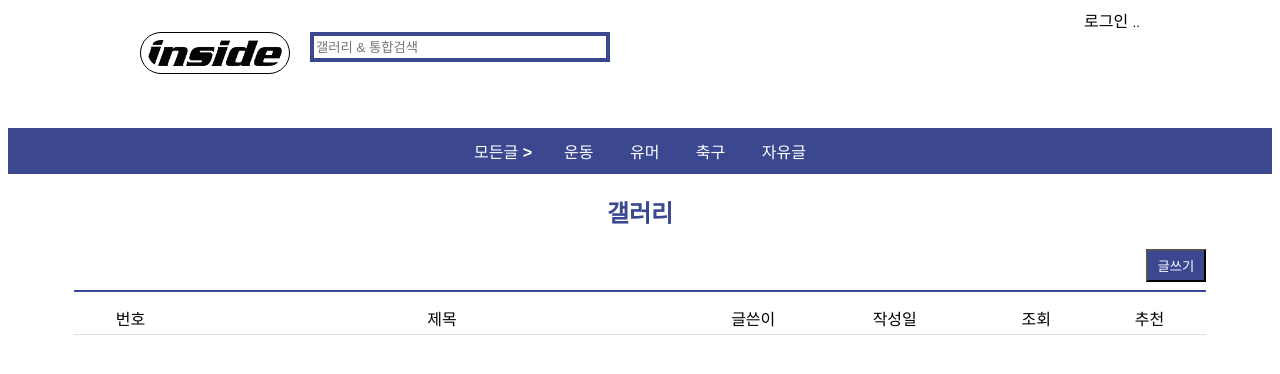
Repository: inhoo123/backup
Page: http://localhost/community-inside/WEB-INF/view/posts/category-list.jsp
The author's editor kept a copy of each file at every save. The page is drawn from the files as they stood at one save, then again after the next save.
The browser window is 1280 px wide. The pictures show the whole page.
Some web fonts or font styles are not loaded; a fallback is used. The page is served by Tomcat 10. Nobody is signed in. Other server files are loaded and not shown. The template is opened directly, without the code that normally fills it, so the values that code supplies are empty.

Above is the page before, as saved 2024-06-27 05:03:10.

### web-workspace/community-inside/src/main/webapp/WEB-INF/view/posts/category-list.jsp
<%@ page language="java" contentType="text/html; charset=UTF-8"
	pageEncoding="UTF-8"%>
<%@ page trimDirectiveWhitespaces="true"%>
<%@ taglib prefix="c" uri="http://java.sun.com/jsp/jstl/core"%>
<!DOCTYPE html>
<html>
<head>
<meta charset="UTF-8">
<title>${category}갤러리</title>
<link rel="stylesheet"
	href="${pageContext.servletContext.contextPath }/css/style.css?<%=System.currentTimeMillis() %>" />
</head>
<body>

	<%@ include file="/WEB-INF/view/common/header.jsp"%>
	<div class="container px-1"></div>
	<div class="container px-1">
		<div style="text-align: center;">
			<h2  style="color: #3b4890; font-weight: 700;">${category}갤러리</h2>
			<div style="margin-top: 10px; text-align: right;">

				<a href="${pageContext.servletContext.contextPath }/write">

					<button style="padding: 5px; background-color: #3b4890; color: white; cursor: pointer; width: 60px;">글쓰기</button>
				</a>

			</div>
			<table class="default-table">
				<thead>
					<tr class="border-bottom">
					<hr width = "100%" color = "#3b4890" size = "2">
						<th style="width: 10%">번호</th>
						<th>제목</th>
						<th style="width: 10%">글쓴이</th>
						<th style="width: 15%">작성일</th>
						<th style="width: 10%">조회</th>
						<th style="width: 10%">추천</th>

					</tr>
				</thead>
				<tbody>
					<div>
						<c:forEach items="${posts}" var="one">
							<tr style="border-bottom: 1px solid #ddd; height: 30px;">


								<td><a
									href="${pageContext.servletContext.contextPath }/posts/view?no=${one.no}"
									class="no-deco-link">${one.no } </a></td>
								<td><a
									href="${pageContext.servletContext.contextPath }/posts/view?no=${one.no}"
									class="no-deco-link">${one.title } </a></td>
								<td class="text-center">${one.writerId}</td>
								<td class="text-center">${one.writedAt}</td>
								<td class="text-center">${one.viewCount}</td>
								<td class="text-center">${one.likes}</td>

							</tr>
						</c:forEach>
					</div>
				</tbody>

			</table>
			<div style="text-align: center; margin-top: 30px">
				<c:forEach begin="1" end="${totalPages }" var="i">
					<c:choose>
						<c:when test="${i == currentPage }">
							<b style="color: red">${i }</b>
						</c:when>
						<c:otherwise>
							<a
								href="${pageContext.servletContext.contextPath }/list/category?category=${category }&p=${i}">${i }</a>
						</c:otherwise>
					</c:choose>
				</c:forEach>
			</div>


		</div>
	</div>

</body>
</html>

### web-workspace/community-inside/src/main/webapp/WEB-INF/view/common/header.jsp
<%@ page language="java" contentType="text/html; charset=UTF-8"
	pageEncoding="UTF-8"%>
<%@ taglib prefix="c" uri="http://java.sun.com/jsp/jstl/core"%>

<div class="dchead">

	<!-- links -->
	<div style="display: flex; justify-content: flex-end; gap: 2px;">
		<c:choose>
			<c:when test="${sessionScope.authUser == null }">
				<div>
					<a href="${pageContext.servletContext.contextPath }/login"
						>로그인 <small>..</small></a>
				</div>
			</c:when>
			<c:otherwise>
				<div>
					<a href="${pageContext.servletContext.contextPath }/login"
						> ${sessionScope.authUser.name }님 </a> <a
						href="${pageContext.servletContext.contextPath }/login"
						> 로그아웃</a>
				</div>
			</c:otherwise>
		</c:choose>
	</div>
	<!-- logo & searchbar -->
	<div
		style="display: flex;  gap: 20px;">

		<a href="${pageContext.servletContext.contextPath }/index"> <img
			src="${pageContext.servletContext.contextPath }/image/inside.png"
			style="border: 1px solid black; padding: 7px; width: 150px; background-color: white; border-radius: 32px;" />
		</a>
		<div >
					<form action="${pageContext.servletContext.contextPath }/search/view">
						<input class="search" type="text" placeholder="갤러리 & 통합검색" name="q"
							style="width: 300px;" value="${param.q }" />
					</form>
		</div>


	</div>
</div>
<div class="gnb_bar">
<div class="container px-1">
<div style="text-align: center;">
	<a href="${pageContext.servletContext.contextPath }/list"
		><span style="color:white;  font-weight: 550;">모든글</span></a>

	<a href="${pageContext.servletContext.contextPath }/list/category?category=운동"
		><span style="color:white;  font-weight: 550;">>&emsp;&emsp;운동</span></a>


		<a href="${pageContext.servletContext.contextPath }/list/category?category=유머"
		><span style="color:white;  font-weight: 550;">&emsp;&emsp;유머</span></a>


		<a href="${pageContext.servletContext.contextPath }/list/category?category=축구"
		><span style="color:white;  font-weight: 550;">&emsp;&emsp;축구</span></a>


		<a href="${pageContext.servletContext.contextPath }/list/category?category=자유"
		><span  style="color:white;  font-weight: 550;">&emsp;&emsp;자유글</span></a>
		</div>
		</div>
</div>
<!-- 네비게이션 -->

### web-workspace/community-inside/src/main/webapp/css/style.css
@charset "UTF-8";

@import
	url('https://fonts.googleapis.com/css2?family=Nanum+Gothic&display=swap');

* {
	font-family: "Nanum Gothic", sans-serif;
  font-weight: 400;
  font-style: normal;
  box-sizing: border-box;
}

h1, h2, h3, h4, h5, h6 {
	font-weight: lighter;
}

.gnb_bar2 {
    position: relative;
    min-width: 1050px;
    background-color: #3b4890;
    border: 1px solid #3b4890;
    border-width: 1px 0 1px 0;
    padding: 10px;
}

.top{
	padding-top:100px;

}

.aa{
    font-size: 12px;
    font-family: -apple-system,BlinkMacSystemFont,"Apple SD Gothic Neo","Malgun Gothic","맑은 고딕",arial,Dotum,돋움,sans-serif;
    margin: 0;
    padding: 0;
    vertical-align: baseline;
    background: transparent;
    font-style: normal;
    position: relative;
    min-width: 1050px;
    background-color: #3b4890;
    border: 1px solid #3b4890;
    border-width: 1px 0 1px 0;
}
.gnb_bar {
    position: relative;
    min-width: 1050px;
    background-color: #3b4890;
    border: 1px solid #3b4890;
    border-width: 1px 0 1px 0;
    padding: 10px;
}

center{
	margin: 0 auto;

}


.search{
	height: 30px;
	width: 400px;
	border: 4px solid #3b4890;
	background: #ffffff;
}



.dc_logo {
    overflow: hidden;
    position: absolute;
    top: 20px;
    left: -43px;
    text-align: center;
}
.dchead {
    position: relative;
    width: 1000px;
    height: 120px;
    margin: 0 auto;
}

body {
	min-width: 960px;
}

.no-deco-link {
	color: #444;
	text-decoration: none;
}

.fs-small {
	font-size: 0.8rem;
}

.fs-large {
	font-size: 1.2rem;
}

.srch-bar {
	padding: 12px;
	border-radius: 12px;
	font-size: 1.1rem;
	width: 480px;
}

.login-input {
	padding: 16px;
	border: 1px solid #ddd;
	width: 100%;
	box-sizing: border-box;
	font-size: 1.25rem;
	border-radius: 20px;
}

/* table css ======================================== */
.default-table {
	border-collapse: collapse;
	width: 100%;
	margin-top:10px;
}
.border-bottom {
	border-bottom: 1px solid #ddd;
}
.default-table td, .default-table th {
	padding : 4px;
}
.text-center {
	text-align: center;
}



a {
	text-decoration: none;
}

input:focus {
	outline: none;
}

textare:focus, textarea:active {
	outline: none;
}

button:hover {
	background-color: #ddd;
	cursor: pointer;
}

button:active {
	background-color: #ccc;
	cursor: pointer;
}

/* 영역 사이즈 클래스 */
.container {
	width: 1140px;
	margin: auto;
}
.container2 {
	width: 1500px;
	margin: auto;
}

.wrap-md {
	width: 720px;
	margin: auto;
}

.wrap-sm {
	width: 540px;
	margin: auto;
}

.wrap-x-sm {
	width: 360px;
	margin: auto;
}

.d-flex {
	display: flex;
}

.space-between {
	justify-content: space-between;
}

/* 컴포넌트 너비 클래스 */
.w-50 {
	width: 50%;
}

.w-100 {
	width: 100%;
}
/* 컴포넌트 테두리 클래스 */
.border {
	border: 1px solid #999;
}

.border-rounded {
	border: 1px solid #999;
	border-radius: 4px;
}

/* 글씨 정렬 클래스 */
.text-left {
	text-align: left;
}

.text-center {
	text-align: center;
}

.text-right {
	text-align: right;
}

/* 글씨 색상 클래스 */
.warning {
	color: orangered;
}

.info {
	color: limegreen;
}


/* 뱃지 클래스 */
.badge-info {
	background-color:  limegreen;
	color: white;
	padding : 4px 8px;
	border-radius: 4px;
}
.badge-warning {
	background-color:  orangered;
	color: white;
	padding : 4px 8px;
	border-radius: 4px;
}
.badge-dark {
	background-color:  #333333;
	color: white;
	padding : 4px 8px;
	border-radius: 4px;
}


.fs-1 {
	font-size: 2rem;
}

.fs-2 {
	font-size: 1.5rem;
}

.fs-3 {
	font-size: 1.17rem;
}

.fs-4 {
	font-size: 1.0rem;
}

.fs-5 {
	font-size: 0.8rem;
}

.fs-6 {
	font-size: 0.65rem;
}
/* 글씨 색상 */

/* 기본 패딩 클래스 */
.p-1 {
	padding: 4px;
}

.p-2 {
	padding: 8px;
}

.p-3 {
	padding: 12px;
}

.p-4 {
	padding: 16px;
}

.p-5 {
	padding: 20px;
}

.px-1 {
	padding-left: 4px;
	padding-right: 4px;
}

.px-2 {
	padding-left: 8px;
	padding-right: 8px;
}

.px-3 {
	padding-left: 12px;
	padding-right: 12px;
}

.px-4 {
	padding-left: 16px;
	padding-right: 16px;
}

.px-5 {
	padding-left: 20px;
	padding-right: 20px;
}

/* 기본 마진 클래스 */
.mx-1 {
	margin: auto 4px;
}

.mx-2 {
	margin: auto 8px;
}

.mx-3 {
	margin: auto 12px;
}

.mx-4 {
	margin: auto 16px;
}

.mx-5 {
	margin: auto 20px;
}

.my-1 {
	margin: 4px auto;
}

.my-2 {
	margin: 8px auto;
}

.my-3 {
	margin: 12px auto;
}

.my-4 {
	margin: 16px auto;
}

.my-5 {
	margin: 20px auto;
}
/*
.item {
	box-shadow: 1px 2px 4px 1px #888888;
}
*/
.item:hover {
	background-color: #eee;
}

a {
	text-decoration: none;
	color: black;
}
.search {
  position: relative;
  width: 300px;
}

h1, h2, h3, h4, h5, h6 {
	font-weight: lighter;
}

body {
	min-width: 960px;
}

.no-deco-link {
	color: #444;
	text-decoration: none;
}

.fs-small {
	font-size: 0.8rem;
}

.fs-large {
	font-size: 1.2rem;
}

.srch-bar {
	padding: 12px;
	border-radius: 12px;
	font-size: 1.1rem;
	width: 480px;
}

.login-input {
	padding: 16px;
	border: 1px solid #ddd;
	width: 100%;
	box-sizing: border-box;
	font-size: 1.25rem;

}

.login-input2 {
	padding: 16px;
	border: 1px solid #ddd;
	background-color: #3b4890;
	width: 100%;
	box-sizing: border-box;
	font-size: 1.25rem;
	color:white;
}


/* table css ======================================== */
.default-table {
	border-collapse: collapse;
	width: 100%;
	margin-top:10px;
}
.border-bottom {
	border-bottom: 1px solid #ddd;
}
.default-table td, .default-table th {
	padding : 4px;
}
.text-center {
	text-align: center;
}

After the next save:
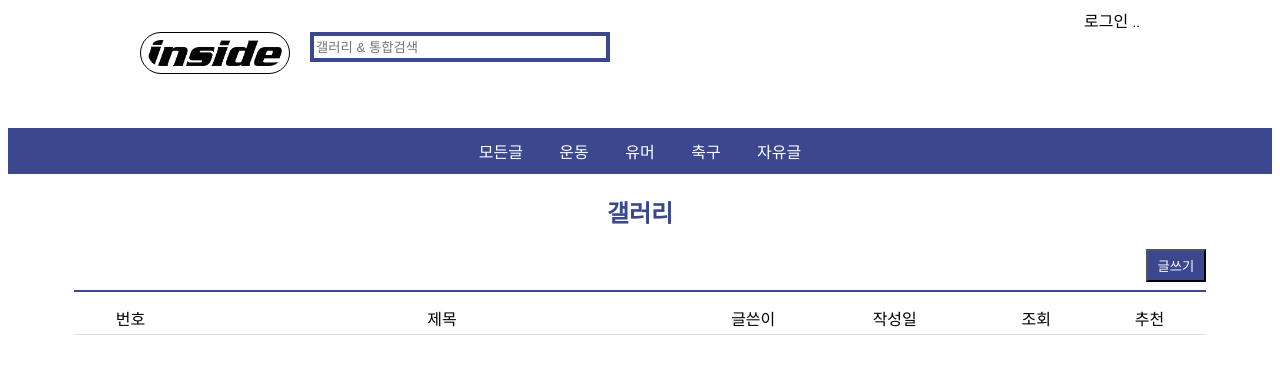
Saved 12 s later.
--- a/web-workspace/community-inside/src/main/webapp/WEB-INF/view/common/header.jsp
+++ b/web-workspace/community-inside/src/main/webapp/WEB-INF/view/common/header.jsp
@@ -48,7 +48,7 @@
 		><span style="color:white;  font-weight: 550;">모든글</span></a>
 
 	<a href="${pageContext.servletContext.contextPath }/list/category?category=운동"
-		><span style="color:white;  font-weight: 550;">>&emsp;&emsp;운동</span></a>
+		><span style="color:white;  font-weight: 550;">&emsp;&emsp;운동</span></a>
 
 
 		<a href="${pageContext.servletContext.contextPath }/list/category?category=유머"
